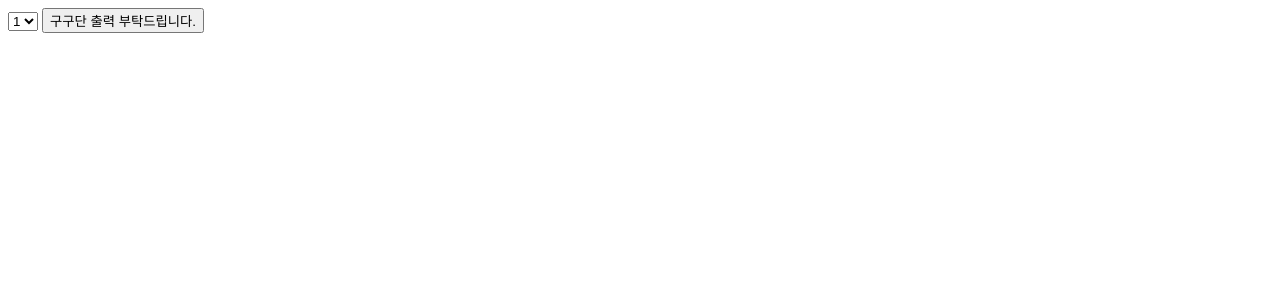
Repository: jupiter002/jsp-tutorial
Page: http://localhost/jsp01/gugudanFormSelect.jsp
These files come from the project's save history. The page is drawn as it stood at one moment and after the next save; the edit follows.
The browser window is 1280 px wide. The pictures show the whole page.
The page is served by Tomcat 9. Other server files are loaded and not shown.

Above is the page before, as saved 2023-06-02 06:53:53.

### jsp01/src/main/webapp/gugudanFormSelect.jsp
<%@ page language="java" contentType="text/html; charset=UTF-8"
    pageEncoding="UTF-8"%>
<!DOCTYPE html>
<html>
<head>
<meta charset="UTF-8">
<title>Insert title here</title>
</head>
<body>
<form action="gugudanResult">
</form>
				<select name='dan'>
				<option value='1'>1</option>
				<option value='2'>2</option>
				<option value='3'>3</option>
				<option value='4'>4</option>
				<option value='5'>5</option>
				<option value='6'>6</option>
				<option value='7'>7</option>
				<option value='8'>8</option>
				<option value='9'>9</option>

				</select>
				<button>구구단 출력 부탁드립니다.</button>
</form>
</body>
</html>

After the next save:
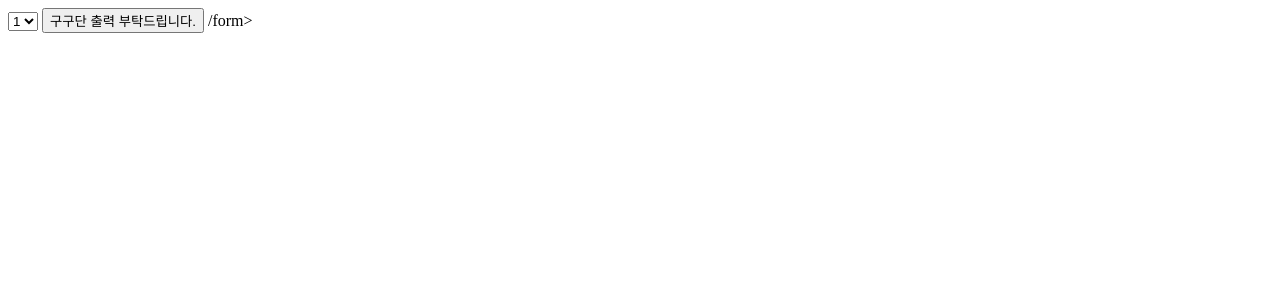
Saved 2 min 51 s later.
--- a/jsp01/src/main/webapp/gugudanFormSelect.jsp
+++ b/jsp01/src/main/webapp/gugudanFormSelect.jsp
@@ -8,7 +8,6 @@
 </head>
 <body>
 <form action="gugudanResult">
-</form>
 				<select name='dan'>
 				<option value='1'>1</option>
 				<option value='2'>2</option>
@@ -22,6 +21,6 @@
 
 				</select>
 				<button>구구단 출력 부탁드립니다.</button>
-</form>
+/form>
 </body>
 </html>

After the save that followed:
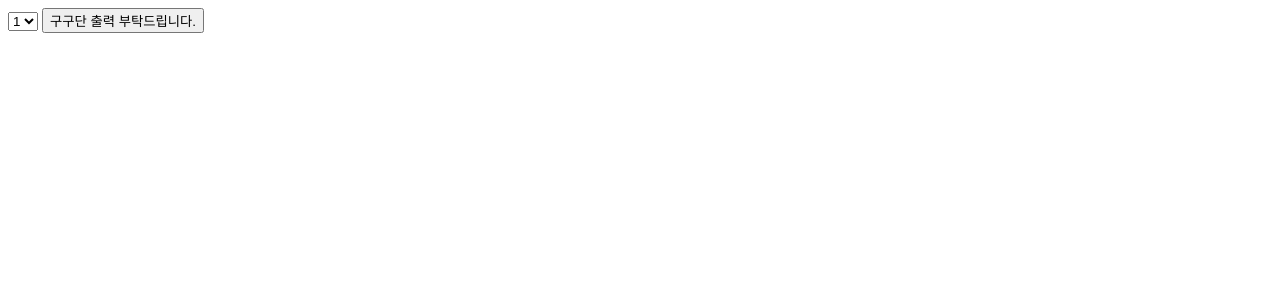
Saved 45 s later.
--- a/jsp01/src/main/webapp/gugudanFormSelect.jsp
+++ b/jsp01/src/main/webapp/gugudanFormSelect.jsp
@@ -21,6 +21,6 @@
 
 				</select>
 				<button>구구단 출력 부탁드립니다.</button>
-/form>
+				</form>
 </body>
 </html>
